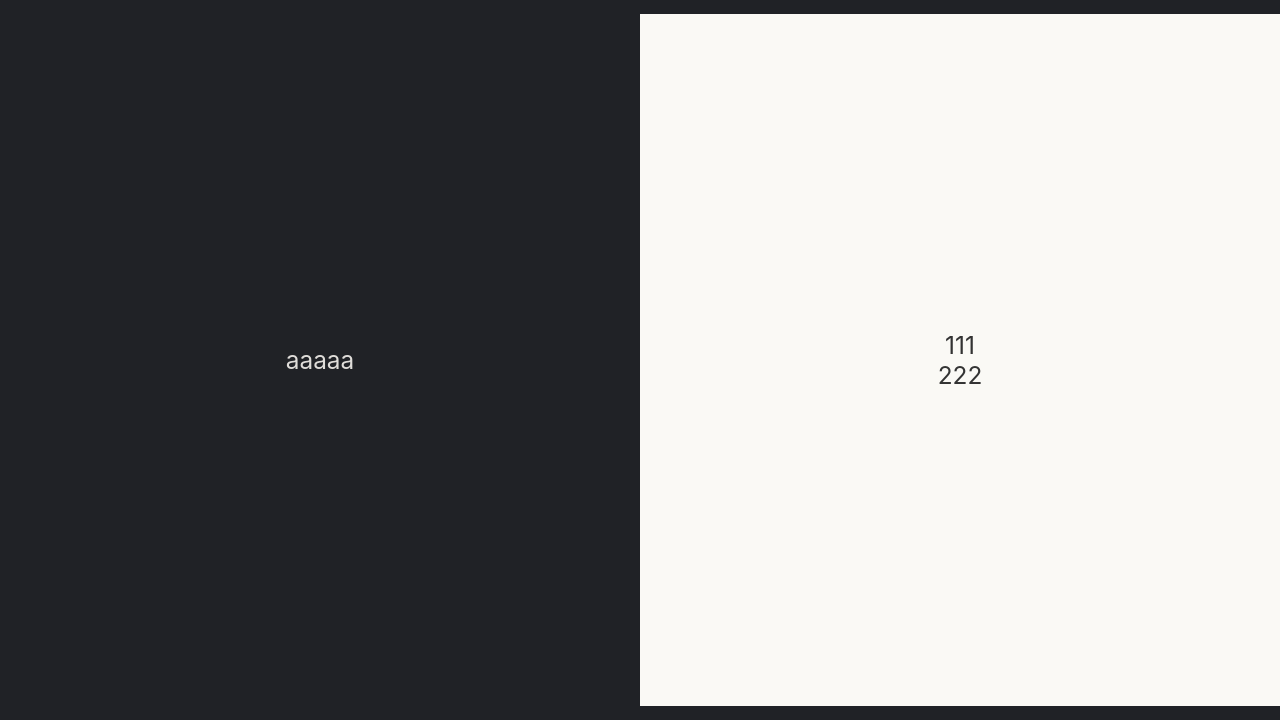
Repository: GuinsooRocky/-Technology-sharing-rocky
Page: /catalog
These files come from the project's save history. The page is drawn as it stood at one moment and after the next save; the edit follows.
The browser window is 1280 px wide. The pictures show the whole page.
The project was rebuilt for these pictures with package versions that can differ from the ones it lists, and the page was loaded fresh each time. Also part of the build but not shown: src/pages/Home/home.less, src/component/Fault/fault.less, src/component/Fault/faultMad.tsx, src/pages/Home/home.tsx.

Above is the page before, as saved 2020-09-20 10:46:51.

### src/App.js
import React from 'react';
import './App.less';
import { BrowserRouter, Route } from 'react-router-dom';

import Home from './pages/Home/home.tsx';
import Catalog from './pages/Catalog/catalog';

function App() {
  return (
    <div className="App">
      <BrowserRouter>
        <header className="App-header">
          <Route path='/' exact component={Home} />
          <Route path='/home' exact component={Home} />
          <Route path='/catalog' exact component={Catalog} />
        </header>
      </BrowserRouter>
    </div>
  );
}

export default App;

### src/App.less
.App {
  text-align: center;
  min-height: 100vh;
}


.App-header {
  background-color: #202226;
  // background-color: #fff;
  min-height: 100vh;
  display: flex;
  flex-direction: column;
  align-items: center;
  justify-content: center;
  font-size: calc(10px + 2vmin);
  color: white;
}

.App-link {
  color: #61dafb;
}

### src/pages/Catalog/catalog.tsx
import React from 'react';
import "../Catalog/catalog.less";
import { useHistory } from 'react-router-dom';

interface Props {}
const Catalog: React.FC<Props> = (props) => {

  // const history = useHistory();
  // const goNext = (e: React.MouseEvent) => {
  //   history.push('/home');
  // }

  return (
    <div className='catalog'>
      <aside className='left'>
        aaaaa
      </aside>
      <div className='right'>
        <div className='css-w1eds4'>
          <div>
            <aside>111</aside>
            <div>222</div>
          </div>
        </div>
      </div>
    </div>
  )

}

export default Catalog;

### src/pages/Catalog/catalog.less

.Vertical_Center {
  display: inline-block;
  width: 50%;
  height: 100%;
  display: flex;
  flex-direction: column;
  justify-content: center;
  font-size: calc(10px + 2vmin);
  align-items: center;
}

.catalog {
  width: 100%;
  height: 96vh;
  .left {
    float: left;
    background-color: #202226;
    color: #DFDDD9;
    .Vertical_Center;
  }

  .right {
    float: right;
    background-color: #FAF9F5;
    color: rgb(51,51,51);
    .Vertical_Center;
  }
}

Loaded but not shown: public/index.html (common file); src/index.js (common file); src/index.css (common file); src/serviceWorker.js (common file)

After the next save:
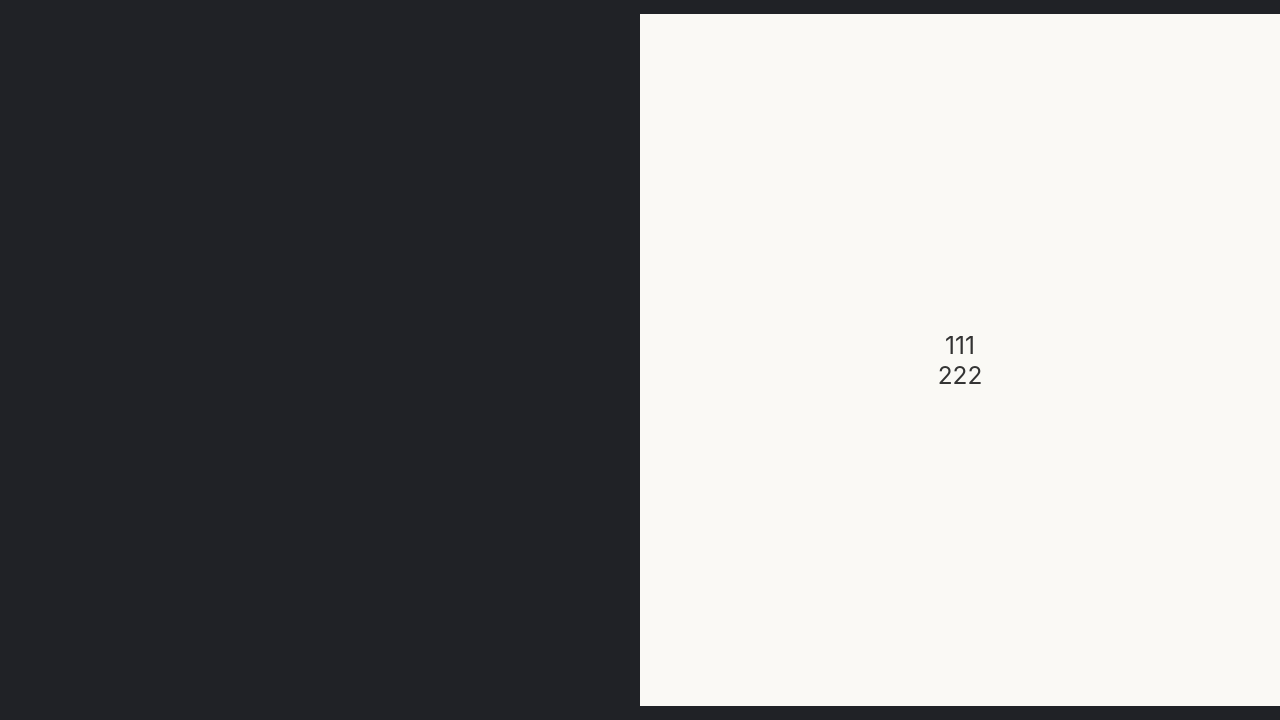
Saved 11 s later.
--- a/src/pages/Catalog/catalog.tsx
+++ b/src/pages/Catalog/catalog.tsx
@@ -13,7 +13,6 @@
   return (
     <div className='catalog'>
       <aside className='left'>
-        aaaaa
       </aside>
       <div className='right'>
         <div className='css-w1eds4'>
